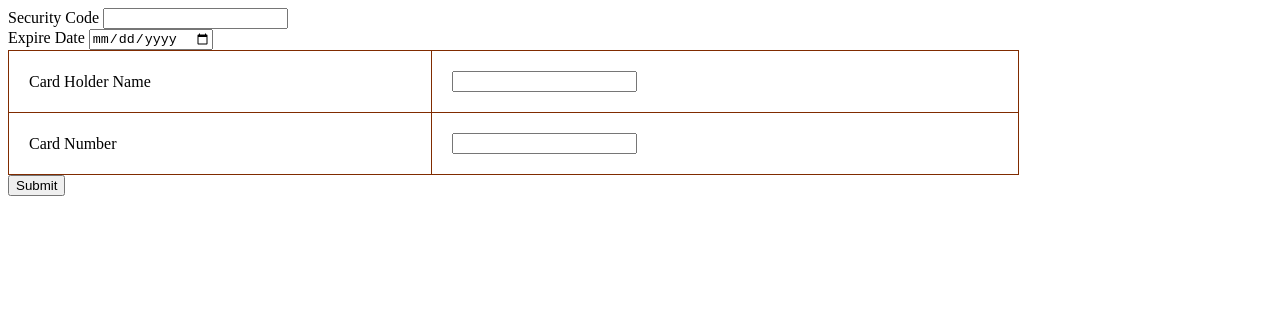
Repository: sandeepa9803/OOP---Online-Travel-web-application
Page: http://localhost/PaymentNew/paymentInfo.jsp
These files come from the project's save history. The page is drawn as it stood at one moment and after the next save; the edit follows.
The browser window is 1280 px wide. The pictures show the whole page.
The page is served by Tomcat 9. Other server files are loaded and not shown.

Above is the page before, as saved 2021-10-11 15:50:32.

### PaymentNew/WebContent/paymentInfo.jsp


<%@ page language="java" contentType="text/html; charset=ISO-8859-1"
    pageEncoding="ISO-8859-1"%>
<!DOCTYPE html>
<html>
<head>
<style>

table, td, th {
  border: 1px solid #802b00;
  text-align: left;
}

table {
  border-collapse: collapse;
  width: 80%;
}

th, td {
  padding: 20px;
}


.button {
  background-color: #4CAF50;
  border: 1;
  color: black;
  padding: 15px 32px;
  text-align: center;
  text-decoration: none;
   font-weight: bold;
  display: inline-block;
  font-size: 16px;
  margin: 4px 2px;
  cursor: pointer;
}


</style>
<meta charset="ISO-8859-1">
<title>Payment Form </title>
</head>

<body>

     <form action ="submit" method = "post" >
     <table>

       <tr>
       <td>Card Holder Name</td>
        <td> <input type = "text" name = "cardholder"></td>
         </tr>

         <tr>
         <td> Card Number </td>
         <td> <input type ="number" name = "cardnum"> </td>

         Security Code <input type ="number" name = "cvcnum"> <br>


         Expire Date <input type = "date"  name = "date"  >  <br>
      </table>
        <input type="submit" name="submit" value="Submit" >

       </form>
</body>
</html>

After the next save:
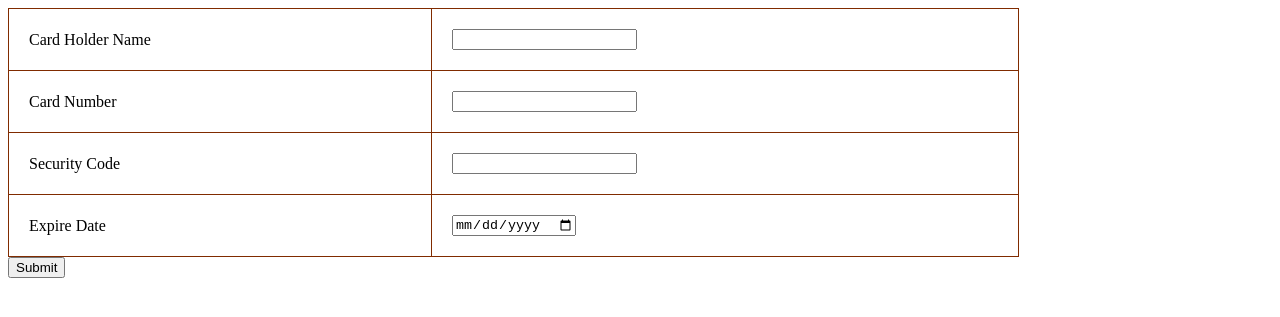
Saved 2 min 51 s later.
--- a/PaymentNew/WebContent/paymentInfo.jsp
+++ b/PaymentNew/WebContent/paymentInfo.jsp
@@ -55,11 +55,18 @@ th, td {
          <tr>
          <td> Card Number </td>
          <td> <input type ="number" name = "cardnum"> </td>
+         </tr>
 
-         Security Code <input type ="number" name = "cvcnum"> <br>
+         <tr>
+         <td>Security Code </td>
+          <td> <input type ="number" name = "cvcnum"> </td>
+          </tr>
 
+         <tr>
+         <td>Expire Date </td>
+         <td> <input type = "date"  name = "date"  > </td>
+         </tr>
 
-         Expire Date <input type = "date"  name = "date"  >  <br>
       </table>
         <input type="submit" name="submit" value="Submit" >
 
